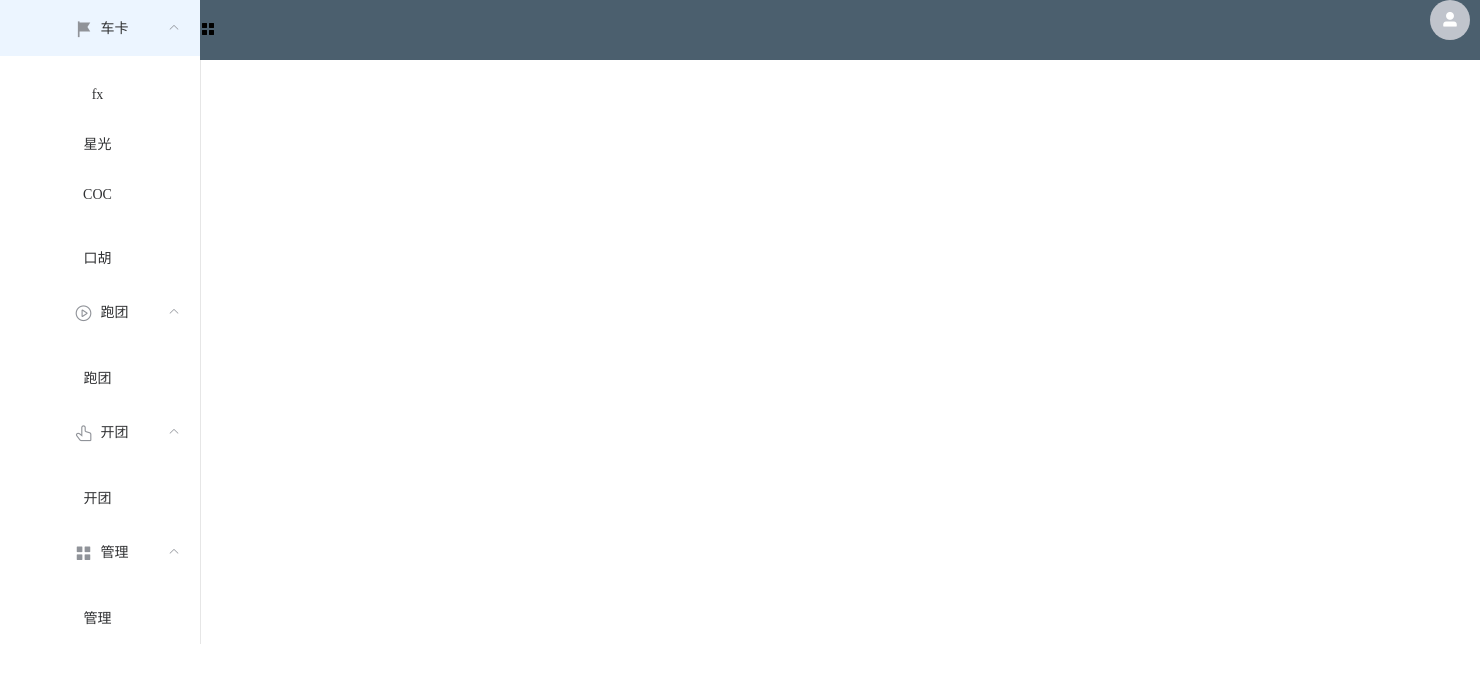
Repository: redlout/ptgkd
Page: /
An editor plug-in stored every save of this project. The page is shown before and after the next save, followed by the edit.
The browser window is 1280 px wide. The page is 1480 px wide, then 1280 px, so the pictures cover 1480 px, including what lies to the right of the window. The pictures show the whole page.
The project was rebuilt for these pictures with package versions that can differ from the ones it lists, and the page was loaded fresh each time. Also part of the build but not shown: src/mock/mock.js, src/views/Login.vue, src/components/SvgIcon/index.vue.

Above is the page before, as saved 2019-09-02 21:52:24.

### index.html
<!DOCTYPE html>
<html>
  <head>
    <meta charset="utf-8">
    <meta name="viewport" content="width=device-width,initial-scale=1.0">
    <title>ptgkd</title>
  </head>
  <body>
    <div id="app"></div>
    <!-- built files will be auto injected -->
  </body>
</html>

<style>
body{
  margin:0;
  padding:0;
}
</style>

### src/main.js
// import '@/styles/index.scss'
// import 'normalize.css/normalize.css'
import Vue from 'vue'
import App from './App'
import router from './router'

import ElementUI from 'element-ui'
import 'element-ui/lib/theme-chalk/index.css'
import api from './http/index'
import './icons'
import store from './store'

Vue.config.productionTip = false
Vue.use(ElementUI);
Vue.use(api);

// Vue.use(api)
/* eslint-disable no-new */
new Vue({
  el: '#app',
  router,
  store,
  render: h => h(App)
})

### src/router/index.js
import Vue from 'vue'
import Router from 'vue-router'
import HelloWorld from '@/views/HelloWorld'
import Login from '@/views/Login'

Vue.use(Router)

const router = new Router({
  routes: [
    {
      path: '/',
      name: 'HelloWorld',
      component: HelloWorld
    },
    {
      path: '/login',
      name: 'Login',
      component: Login
    }
  ]
})

export default router

### src/http/index.js
// 导入所有接口
import apis from './api'

const install = Vue => {
    if (install.installed)
        return;

    install.installed = true;

    Object.defineProperties(Vue.prototype, {
        // 注意，此处挂载在 Vue 原型的 $api 对象上
        $api: {
            get() {
                return apis
            }
        }
    })
}

export default install

### src/icons/index.js
import Vue from 'vue'
import SvgIcon from '@/components/SvgIcon'// svg component

// register globally
Vue.component('svg-icon', SvgIcon)

const req = require.context('./svg', false, /\.svg$/)
const requireAll = requireContext => requireContext.keys().map(requireContext)
requireAll(req)

### src/store/index.js
import Vue from 'vue'
import vuex from 'vuex'

Vue.use(vuex);
import collapse from './modules/collapse.js'
const store = new vuex.Store({
    modules: {
        collapseState: collapse,
        // menu: mymenu
        // 其他
    }
})

export default store

### src/views/HelloWorld.vue
<template>
<div class="container" >
  <el-container style="height: 100%;" direction="vertical">
    <AsideBar></AsideBar>
    <el-container>
      <HeadBar></HeadBar>
      <el-main></el-main>
    </el-container>
  </el-container>
</div>
</template>

<script>
import AsideBar from "../components/AsideBar/index";
import HeadBar from "../components/HeadBar/index";
export default {
  name: "HelloWorld",
  data() {
    return {
      isCollapse: false
    };
  },
  components: {
    AsideBar,
    HeadBar
  },
  methods: {
    logout: function() {
      var _this = this;
      this.$confirm("确认退出吗?", "提示", {
        type: "warning"
      }).then(() => {
        // sessionStorage.removeItem("user");
        this.$router.push("/login");
      });
    }
  }
};
</script>

<style scoped>
  .container {
    position:absolute;
    top: 0px;
    left: 0px;
    right: 0px;
    background: #4b5f6e;
  }
</style>

### src/http/api.js
import axios from './axios'

const login = data =>{
    return axios({
        url: '/login',
        method: 'post',
        data
    })
}

const logout = () =>{
    return axios({

    })
}

export default{
    login,
    logout
}

### src/store/modules/collapse.js
export default {
    state: {
        collapse:false  // 导航栏收缩状态
    },
    getters: {
        collapse(state){// 对应着上面state
            return collapse;
        }
    },
    mutations: {
        collapse(state){  // 改变收缩状态
            state.collapse = !state.collapse;
        }
    },
    actions: {

    }
}

### src/components/AsideBar/index.vue
<template>
  <el-aside width="initial" style="background-color: rgb(238, 241, 246) ">
    <el-menu
      :default-openeds="['1','2','3','4']"
      class="el-menu-vertical-demo"
      :collapse="$store.state.collapseState.collapse"
      @open="handleopen"
      @close="handleclose"
      @select="handleselect"
    >
      <el-submenu index="1">
        <template slot="title">
          <i class="el-icon-s-flag"></i>
          <span slot="title">车卡</span>
        </template>
        <el-menu-item-group>
          <el-menu-item index="1-1">fx</el-menu-item>
          <el-menu-item index="1-2">星光</el-menu-item>
          <el-menu-item index="1-3">COC</el-menu-item>
        </el-menu-item-group>
        <el-menu-item-group>
          <el-menu-item index="1-1">口胡</el-menu-item>
        </el-menu-item-group>
      </el-submenu>
      <el-submenu index="2">
        <template slot="title">
          <i class="el-icon-video-play"></i>
          <span slot="title">跑团</span>
        </template>
        <el-menu-item-group>
          <el-menu-item index="2-1">跑团</el-menu-item>
        </el-menu-item-group>
      </el-submenu>
      <el-submenu index="3">
        <template slot="title">
          <i class="el-icon-thumb"></i>
          <span slot="title">开团</span>
        </template>
        <el-menu-item-group>
          <el-menu-item index="3-1">开团</el-menu-item>
        </el-menu-item-group>
      </el-submenu>
      <el-submenu index="4">
        <template slot="title">
          <i class="el-icon-menu"></i>
          <span slot="title">管理</span>
        </template>
        <el-menu-item-group>
          <el-menu-item index="3-1">管理</el-menu-item>
        </el-menu-item-group>
      </el-submenu>
    </el-menu>
  </el-aside>
</template>


<script>
export default {
  name: "AsideBar",
  data() {
    return {
      isCollapse: false,
      logo: ""
    };
  },
  methods: {
    handleopen() {
      console.log("handleopen");
    },
    handleclose() {
      console.log("handleclose");
    },
    handleselect(a, b) {
      console.log("handleselect");
    }
  }
};
</script>

<style>
.el-aside {
  background-color: #d3dce6;
  color: #333;
  text-align: center;
  line-height: 10px;
  position: absolute;
}
  .el-menu-vertical-demo:not(.el-menu--collapse) {
    width: 200px;
    min-height: 400px;
  }

    .menu-bar-width {
    width: 200px;
  }
  .menu-bar-collapse-width {
    width: 65px;
  }
</style>

### src/components/HeadBar/index.vue
<template>
<div class="container" :class="$store.state.collapseState.collapse?'menu-bar-collapse-width':'menu-bar-width'">
    <!-- <el-header
      :class="$store.state.collapseState.collapse?'menu-bar-collapse-width':'menu-bar-width'"
    > -->
      <span @click="Oncollapse">
        <i class="el-icon-menu"></i>
      </span>

      <el-dropdown class="user-info-dropdown" trigger="hover">
        <el-avatar icon="el-icon-user-solid"></el-avatar>
        <el-dropdown-menu slot="dropdown">
          <el-dropdown-item>个人信息</el-dropdown-item>
          <el-dropdown-item>管理</el-dropdown-item>
          <el-dropdown-item divided @click="logout">登出</el-dropdown-item>
        </el-dropdown-menu>
      </el-dropdown>
    <!-- </el-header> -->
</div>
</template>

<script>
export default {
  data() {
    return {
      isCollapse: false
    };
  },
  methods: {
    Oncollapse: function() {
      this.$store.commit("collapse");
    }
  }
};
</script>

<style scoped lang="scss">
.container {
  background-color: rgb(243, 217, 217);
  position: absolute;
  left: 200px;
  right: 0px;
  height: 60px;
  line-height: 60px;
  width: 100%;
  .collapse-switcher {
    width: 40px;
    float: left;
    cursor: pointer;
    border-color: rgba(111, 123, 131, 0.8);
    border-left-width: 1px;
    border-left-style: solid;
    border-right-width: 1px;
    border-right-style: solid;
    color: white;
    background: #504e6180;
  }

.menu-bar-width {
  left: 200px;
}
.menu-bar-collapse-width {
  left: 65px;
}
  .user-info-dropdown {
  font-size: 20px;
  padding-right: 10px;
  color: #fff;
  cursor: pointer;
  float: right;
}
}



</style>

### src/http/axios.js
import axios from 'axios';
import qs from 'qs';
import Cookies from "js-cookie";
import router from "@/router"

export default function $axios(options){
    return new Promise((resolve, reject) => {
      console.log(options)
        const instance = axios.create({
            baseURL: 'http://localhost:8080/',
            headers: {'Content-Type': 'application/json;charset=UTF-8'},
            timeout: '10000',
            transformResponse: [function (data){
            }]
        })
        // request 拦截器
        instance.interceptors.request.use(function(config){
                let token = Cookies.get('token')
                console.log(config)
                if(1){
                    config.headers.accessToken = 111
                }else{
                    //重定向到登陆页面
                    router.push('/login')
                }
                if(config.method === 'post'){
                    if(config.data.__proto__ === FormData.prototype
                        || config.url.endsWith('path')
                        || config.url.endsWith('mark')
                        || config.url.endsWith('patchs')
                        ){
                        }else{
                          config.data = qs.stringify(config.data)
                          console.log(config.data)
                        }
                    }
                    return config
                },
                function (error) {
                // 请求超时
                console.log('request:', error)
                if(error.code === 'ECONNABORTED' && error.message.indexOf('timeout') !== -1){
                    console.log('timeout 请求超时')
                }
                // 重定向到错误页面
                const errorInfo = error.response
                console.log(errorInfo)
                if(errorInfo){
                    error = errorInfo.data
                    const errorStatus = errorInfo.statue; // 404 403 500 ...
                    router.push({
                        path:  `/error/${errorStatus}`
                    })
                }
                return Promise.reject(error)
            }
        )
        console.log(11111111111111)
        instance.interceptors.response.use(function(response){
                let data;
                if(response.data == undefined){
                  data = JSON.parse(response.request.responseText)
                }else{
                    data = response.data
                }

                //根据返回的code 来进行不同的处理
                switch(data.rc){
                    case 1:
                        console.log(data.desc)
                        break;
                    case 0:
                        store.commit('changeState')
                    default:

                }
                return data
            },
            function(err){
              console.log(999999)
                if (err && err.response) {
                    switch (err.response.status) {
                      case 400:
                        err.message = '请求错误'
                        break
                      case 401:
                        err.message = '未授权，请登录'
                        break
                      case 403:
                        err.message = '拒绝访问'
                        break
                      case 404:
                        err.message = `请求地址出错: ${err.response.config.url}`
                        break
                      case 408:
                        err.message = '请求超时'
                        break
                      case 500:
                        err.message = '服务器内部错误'
                        break
                      case 501:
                        err.message = '服务未实现'
                        break
                      case 502:
                        err.message = '网关错误'
                        break
                      case 503:
                        err.message = '服务不可用'
                        break
                      case 504:
                        err.message = '网关超时'
                        break
                      case 505:
                        err.message = 'HTTP版本不受支持'
                        break
                      default:
                    }
                  }
                  console.error(err)
                  return Promise.reject(err)
            }
        )
        //请求处理
        instance(options).then(res => {
          console.log(2222222)
            resolve(res)
            return false
        }).catch(error => {
          console.log(33333)
            reject(error)
        })
        console.log(4444)
    })
}

Loaded but not shown: src/App.vue (common file)

After the next save:
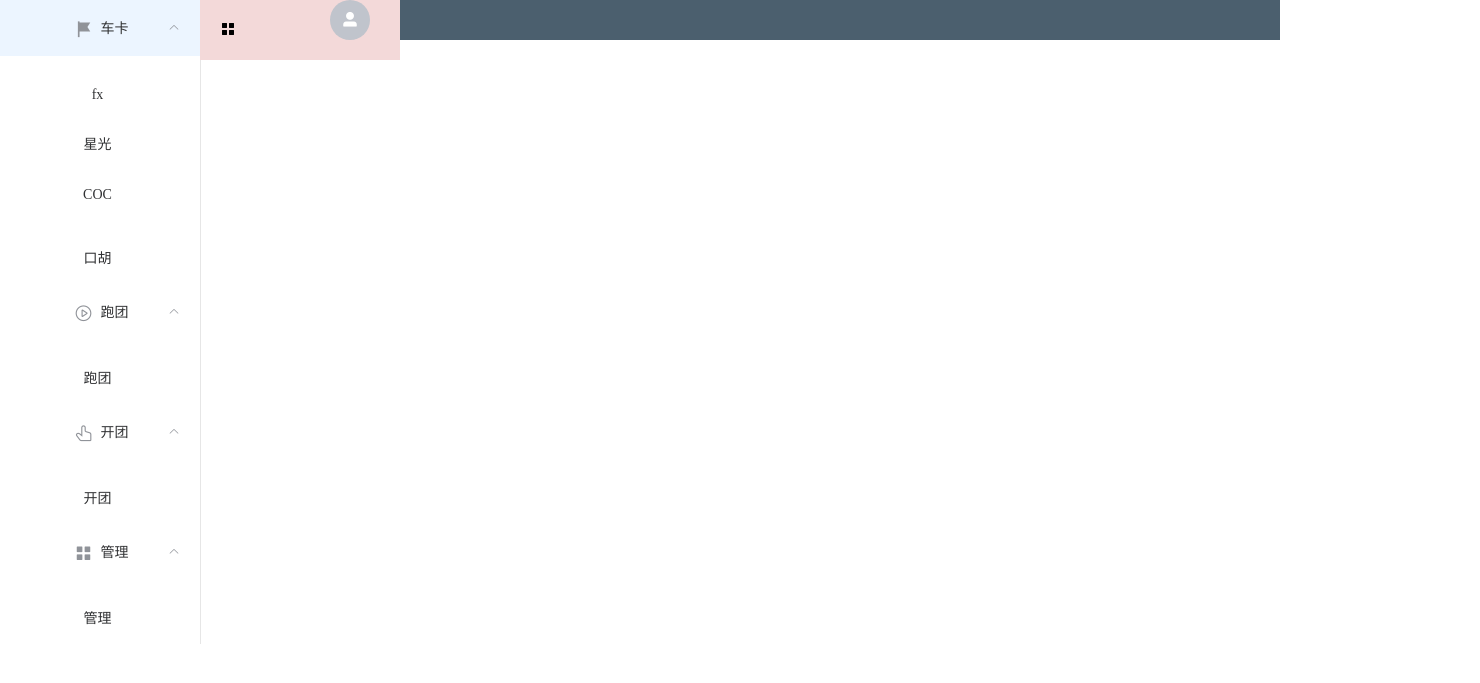
Saved 21 s later.
--- a/src/components/HeadBar/index.vue
+++ b/src/components/HeadBar/index.vue
@@ -1,8 +1,8 @@
 <template>
-<div class="container" :class="$store.state.collapseState.collapse?'menu-bar-collapse-width':'menu-bar-width'">
-    <!-- <el-header
+<div>
+    <el-header
       :class="$store.state.collapseState.collapse?'menu-bar-collapse-width':'menu-bar-width'"
-    > -->
+    >
       <span @click="Oncollapse">
         <i class="el-icon-menu"></i>
       </span>
@@ -15,7 +15,7 @@
           <el-dropdown-item divided @click="logout">登出</el-dropdown-item>
         </el-dropdown-menu>
       </el-dropdown>
-    <!-- </el-header> -->
+    </el-header>
 </div>
 </template>
 
@@ -35,14 +35,14 @@ export default {
 </script>
 
 <style scoped lang="scss">
-.container {
+.el-header {
   background-color: rgb(243, 217, 217);
   position: absolute;
   left: 200px;
   right: 0px;
   height: 60px;
   line-height: 60px;
-  width: 100%;
+
   .collapse-switcher {
     width: 40px;
     float: left;
@@ -55,13 +55,6 @@ export default {
     color: white;
     background: #504e6180;
   }
-
-.menu-bar-width {
-  left: 200px;
-}
-.menu-bar-collapse-width {
-  left: 65px;
-}
   .user-info-dropdown {
   font-size: 20px;
   padding-right: 10px;
@@ -71,6 +64,12 @@ export default {
 }
 }
 
+.menu-bar-width {
+  left: 200px;
+}
+.menu-bar-collapse-width {
+  left: 65px;
+}
 
 
 </style>
